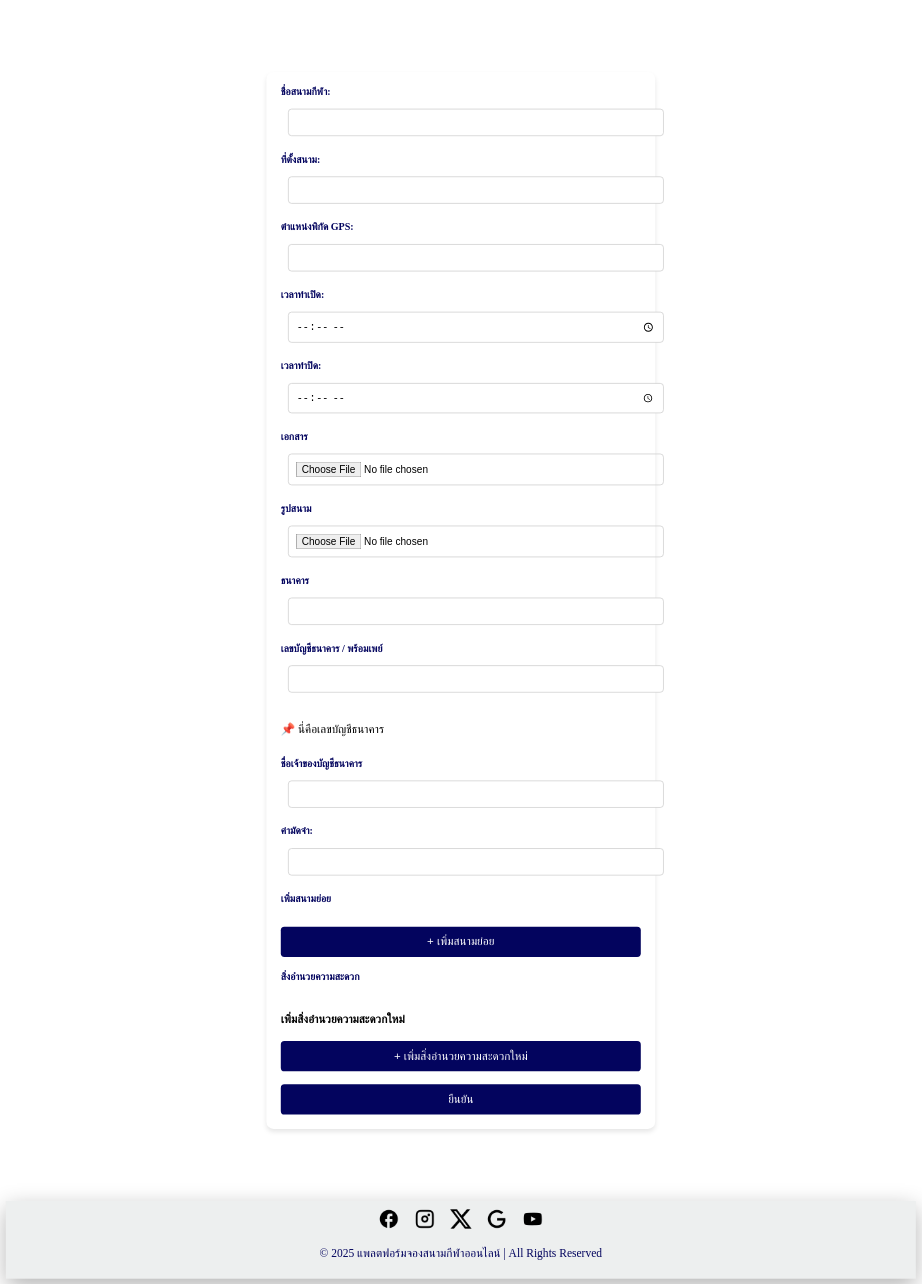
Repository: narawit101/project2
Page: /register-field (app in frontend/)
An editor plug-in stored every save of this project. The page is shown before and after the next save, followed by the edit.
The browser window is 1280 px wide. The pictures show the whole page, at 72% of full size.
The page's requests for data from a server got no answer. The project was rebuilt for these pictures with package versions that can differ from the ones it lists, and the page was loaded fresh each time. The framework's server and built-in components were replaced by stand-ins that run in the browser. No one was signed in, and anything a server would have sent is missing. Also part of the build but not shown: frontend/next.config.js, frontend/next.config.mjs, frontend/src/app/globals.css.

Above is the page before, as saved 2025-03-18 23:42:01.

### frontend/src/app/layout.jsx
import { Kanit } from "next/font/google";
import "./globals.css";
import  Footer from "./components/Footer"

const kanitFont = Kanit({
  variable: "--font-kanit",
  subsets: ["latin", "thai"],
  weight: ["300", "400", "600"],
});

export const metadata = {
  title: "แพลตฟอร์มจองสนามกีฬาออนไลน์",
  description: "Generated by create next app",
  icons: {
    icon:"./favicon.ico"
  }
};

export default function RootLayout({ children }) {
  return (
    <html lang="en">
      <body className={`${kanitFont.variable} antialiased`}>{children}
      <Footer></Footer>
      </body>

    </html>
  );
}

### frontend/src/app/(shared)/register-field/page.jsx
import React from "react";
import RegisterFieldForm from "@/app/components/RegisterFieldForm";

export default function RegisterFieldPage() {
  return (
    <>
    <RegisterFieldForm></RegisterFieldForm>

    </>
  );
}

### frontend/src/app/components/Footer.jsx
import React from "react";
import "../css/footer.css";

export default function Footer() {
  return (
    <div>
      <footer className="footer">
        <div className="social-icons">
          <a href="#">
            <img src="img/fblogo.png" alt="Facebook" />
          </a>
          <a href="#">
            <img src="img/iglogo.png" alt="Instagram" />
          </a>
          <a href="#">
            <img src="img/xlogo.png" alt="Twitter" />
          </a>
          <a href="#">
            <img src="img/gglogo.png" alt="Google" />
          </a>
          <a href="#">
            <img src="img/ytlogo.png" alt="YouTube" />
          </a>
        </div>

        <p className="copyright">
          &copy; 2025 แพลตฟอร์มจองสนามกีฬาออนไลน์ | All Rights Reserved
        </p>
      </footer>
    </div>
  );
}

### frontend/src/app/components/RegisterFieldForm.jsx
"use client";
import React, { useState, useEffect } from "react";
import "../css/registerFieldForm.css";

export default function RegisterFieldForm() {
  const API_URL = "http://localhost:5000";

  const [sports, setSports] = useState([]);
  const [facilities, setFacilities] = useState([]);
  const [selectedFacilities, setSelectedFacilities] = useState({});
  const [subFields, setSubFields] = useState([]);
  const [addOns, setAddons] = useState([]);
  const [newFacility, setNewFacility] = useState("");
  const [showNewFacilityInput, setShowNewFacilityInput] = useState(false);

  const [fieldData, setFieldData] = useState({
    field_name: "",
    address: "",
    gps_location: "",
    documents: null,
    open_hours: "",
    close_hours: "",
    img_field: null,
    preview_img: null,
    number_bank: "",
    account_holder: "",
    price_deposit: "",
    name_bank: "",
    selectedSport: "",
  });

  // 📌 โหลดประเภทกีฬา
  useEffect(() => {
    fetch(`${API_URL}/sports_types`)
      .then((res) => res.json())
      .then((data) => setSports(data))
      .catch((error) => console.error("Error fetching sports:", error));
  }, []);

  // 📌 โหลดสิ่งอำนวยความสะดวก
  useEffect(() => {
    fetch(`${API_URL}/facilities`)
      .then((res) => res.json())
      .then((data) => setFacilities(data))
      .catch((error) => console.error("Error fetching facilities:", error));
  }, []);

  // 📌 อัปเดตค่าช่องกรอกข้อมูลสนาม
  const handleFieldChange = (e) => {
    setFieldData({ ...fieldData, [e.target.name]: e.target.value });
  };

  // 📌 ฟังก์ชันเลือก Checkbox สิ่งอำนวยความสะดวก
  const handleFacilityChange = (facId) => {
    setSelectedFacilities((prev) => {
      const updatedFacilities = { ...prev };
      if (updatedFacilities[facId] !== undefined) {
        delete updatedFacilities[facId];
      } else {
        updatedFacilities[facId] = "";
      }
      return updatedFacilities;
    });
  };

  // 📌 ฟังก์ชันอัปเดตราคาสิ่งอำนวยความสะดวก
  const handleFacilityPriceChange = (facId, price) => {
    setSelectedFacilities((prev) => ({
      ...prev,
      [facId]: price,
    }));
  };

  // 📌 ฟังก์ชันเพิ่มสิ่งอำนวยความสะดวกใหม่
  const addNewFacility = async () => {
    if (!newFacility.trim()) return;

    const res = await fetch(`${API_URL}/facilities/add`, {
      method: "POST",
      headers: { "Content-Type": "application/json" },
      body: JSON.stringify({ fac_name: newFacility }),
    });

    const data = await res.json();
    if (data.error) {
      console.error("Error:", data.error);
      return;
    }

    setFacilities([...facilities, data]);
    setNewFacility("");
    setShowNewFacilityInput(false);
  };

  // ✅ เพิ่มสนามย่อย (มี addOns ในตัวเอง)
  const addSubField = () => {
    // ✅ ดึง user_id จาก localStorage
    const storedUser = localStorage.getItem("user");
    const userData = storedUser ? JSON.parse(storedUser) : null;
    const userId = userData ? userData.user_id : null; // ดึง user_id

    setSubFields([
      ...subFields,
      { name: "", price: "", sport_id: "", user_id: userId, addOns: [] },
    ]);
  };

  // ✅ ลบสนามย่อย (รวมถึง Add-ons ที่อยู่ภายใน)
  const removeSubField = (index) => {
    setSubFields(subFields.filter((_, i) => i !== index));
  };

  // ✅ อัปเดตข้อมูลสนามย่อย
  const updateSubField = (index, key, value) => {
    const updatedSubFields = [...subFields];
    updatedSubFields[index][key] = value;
    setSubFields(updatedSubFields);
  };

  const addAddOn = (subIndex) => {
    const updatedSubFields = [...subFields];
    updatedSubFields[subIndex].addOns.push({ content: "", price: "" });
    setSubFields(updatedSubFields);
  };

  // 📌 อัปเดตค่า Add-on
  const updateAddOn = (subIndex, addOnIndex, key, value) => {
    const updatedSubFields = [...subFields];
    updatedSubFields[subIndex].addOns[addOnIndex][key] = value;
    setSubFields(updatedSubFields);
  };

  // 📌 ลบ Add-on
  const removeAddOn = (subIndex, addOnIndex) => {
    const updatedSubFields = [...subFields];
    updatedSubFields[subIndex].addOns.splice(addOnIndex, 1);
    setSubFields(updatedSubFields);
  };

  // 📌 ฟังก์ชันจัดการอัปโหลดรูป และแสดงตัวอย่าง
  const handleimgChange = (e) => {
    const file = e.target.files[0]; // ดึงไฟล์รูปจาก input
    if (file) {
      setFieldData({
        ...fieldData,
        img_field: file,
        imgPreview: URL.createObjectURL(file), // สร้าง URL เพื่อแสดงรูป
      });
    }
  };

  const handleSubmit = async (e) => {
    e.preventDefault();

    const storedUser = localStorage.getItem("user");
    if (!storedUser) {
      alert("❌ กรุณาเข้าสู่ระบบก่อน!");
      return;
    }

    const userData = JSON.parse(storedUser);
    const userId = userData.user_id; // ✅ ดึง user_id ตอน Submit

    const formData = new FormData();
    formData.append("documents", fieldData.documents);
    formData.append("img_field", fieldData.img_field); // ✅ เพิ่มการส่งรูปภาพ
    formData.append(
      "data",
      JSON.stringify({
        user_id: userId,
        field_name: fieldData.field_name,
        address: fieldData.address,
        gps_location: fieldData.gps_location,
        open_hours: fieldData.open_hours,
        close_hours: fieldData.close_hours,
        number_bank: fieldData.number_bank,
        account_holder: fieldData.account_holder,
        price_deposit: fieldData.price_deposit,
        name_bank: fieldData.name_bank,
        status: fieldData.status || "รอตรวจสอบ", // ✅ เพิ่มค่า Status
        selectedFacilities,
        subFields: subFields,
      })
    );

    try {
      const res = await fetch("http://localhost:5000/field/register", {
        method: "POST",
        body: formData,
      });

      const data = await res.json();
      if (data.error) {
        console.error("❌ Error:", data.error);
        alert("เกิดข้อผิดพลาด: " + data.error);
        return;
      }

      alert("บันทึกข้อมูลสนามเรียบร้อย! รูปภาพถูกอัปโหลดที่: " + data.img_path);
    } catch (error) {
      console.error("❌ Fetch Error:", error);
      alert("เกิดข้อผิดพลาดในการส่งข้อมูล");
    }
  };

  return (
    <div className="contianer">
      <form onSubmit={handleSubmit} encType="multipart/form-data">
        <div className="input-group">
          {" "}
          <label>ชื่อสนามกีฬา:</label>
          <input
            type="text"
            name="field_name"
            value={fieldData.field_name}
            onChange={handleFieldChange}
          />
        </div>
        <div className="input-group">
          <label>ที่ตั้งสนาม:</label>
          <input
            type="text"
            name="address"
            value={fieldData.address}
            onChange={handleFieldChange}
          />
        </div>
        <div className="input-group">
          <label>ตำแหน่งพิกัด GPS:</label>
          <input
            type="text"
            name="gps_location"
            value={fieldData.gps_location}
            onChange={handleFieldChange}
          />
        </div>
        <div className="input-group">
          <label>เวลาทำเปิด:</label>
          <input
            type="time"
            name="open_hours"
            value={fieldData.open_hours}
            onChange={handleFieldChange}
          />
        </div>
        <div className="input-group">
          <label>เวลาทำปิด:</label>
          <input
            type="time"
            name="close_hours"
            value={fieldData.close_hours}
            onChange={handleFieldChange}
          />
        </div>
        <div className="input-group">
          <label htmlFor="documents">เอกสาร</label>
          <input
            type="file"
            onChange={(e) =>
              setFieldData({ ...fieldData, documents: e.target.files[0] })
            }
          />
        </div>
        <div className="input-group">
          <label htmlFor="img_field">รูปสนาม</label>

          <input type="file" onChange={handleimgChange} accept="image/*" />
        </div>
        {/* ✅ แสดงรูปตัวอย่างถ้ามีการอัปโหลด */}
        {fieldData.imgPreview && (
          <div>
            <p>ตัวอย่างรูป:</p>
            <img
              src={fieldData.imgPreview}
              alt="Preview"
              style={{ width: "200px", height: "auto", marginTop: "10px" }}
            />
          </div>
        )}
        <div className="input-group">
          <label htmlFor="bank">ธนาคาร</label>
          <input
            type="text"
            name="name_bank"
            value={fieldData.name_bank}
            onChange={handleFieldChange}
          />
        </div>
        <div className="input-group">
          <label htmlFor="bank">เลขบัญชีธนาคาร / พร้อมเพย์</label>
          <input
            type="number"
            name="number_bank"
            value={fieldData.number_bank}
            onChange={(e) => {
              const value = e.target.value;

              // ✅ อนุญาตเฉพาะตัวเลข
              if (/^\d*$/.test(value)) {
                setFieldData({ ...fieldData, number_bank: value });
              }
            }}
            onBlur={() => {
              const isPromptPay = fieldData.name_bank === "พร้อมเพย์";
              const length = fieldData.number_bank.length;

              // ✅ ตรวจสอบความถูกต้องของเลขที่กรอก
              if (
                (!isPromptPay && length !== 12) || // ✅ ถ้าเป็นบัญชีธนาคารต้อง 12 หลัก
                (isPromptPay && length !== 10 && length !== 13) // ✅ ถ้าเป็นพร้อมเพย์ต้อง 10 หรือ 13 หลัก
              ) {
                alert("เลขที่กรอกไม่ถูกต้อง กรุณากรอกให้ตรงกับเงื่อนไข");
                setFieldData({ ...fieldData, number_bank: "" }); // ❌ เคลียร์ค่า
              }
            }}
            maxLength={13} // ✅ จำกัดสูงสุดที่ 13 หลัก
          />
        </div>
        <div className="input-group">
          <p>
            📌{" "}
            {fieldData.name_bank === "พร้อมเพย์"
              ? "นี่คือหมายเลขพร้อมเพย์"
              : "นี่คือเลขบัญชีธนาคาร"}
          </p>
        </div>
        <div className="input-group">
          <label htmlFor="bank">ชื่อเจ้าของบัญชีธนาคาร</label>
          <input
            type="text"
            name="account_holder"
            value={fieldData.account_holder}
            onChange={handleFieldChange}
          />
        </div>
        <div className="input-group">
          <label>ค่ามัดจำ:</label>
          <input
            type="number"
            name="price_deposit"
            value={fieldData.price_deposit}
            onChange={handleFieldChange}
          />
        </div>
        <div className="input-group">
          <label>เพิ่มสนามย่อย</label>
        </div>
        {subFields.map((sub, subIndex) => (
          <div
            key={subIndex}
            style={{
              border: "1px solid #ccc",
              padding: "10px",
              marginBottom: "10px",
            }}
          >
            {/* ✅ Input กรอกชื่อสนามย่อย */}
            <div className="input-group">
              <input
                type="text"
                placeholder="ชื่อสนามย่อย"
                value={sub.name}
                onChange={(e) =>
                  updateSubField(subIndex, "name", e.target.value)
                }
              />
            </div>
            {/* ✅ Input กรอกราคา */}
            <div className="input-group">
              <input
                type="number"
                placeholder="ราคา"
                value={sub.price}
                onChange={(e) =>
                  updateSubField(subIndex, "price", e.target.value)
                }
              />
            </div>

            {/* ✅ Dropdown เลือกประเภทกีฬา */}
            <div className="input-group">
              <select
                value={sub.sport_id}
                onChange={(e) =>
                  updateSubField(subIndex, "sport_id", e.target.value)
                }
              >
                <option value="">เลือกประเภทกีฬา</option>
                {sports.map((sport) => (
                  <option key={sport.sport_id} value={sport.sport_id}>
                    {sport.sport_name}
                  </option>
                ))}
              </select>
            </div>

            {/* ✅ ปุ่มเพิ่มกิจกรรมเพิ่มเติม (เฉพาะสนามนี้) */}
            <button
              className="addbtn"
              type="button"
              onClick={() => addAddOn(subIndex)}
            >
              เพิ่มกิจกรรมเพิ่มเติม
            </button>

            {/* ✅ ปุ่มลบสนามย่อย */}
            <button
              className="delbtn"
              type="button"
              onClick={() => removeSubField(subIndex)}
            >
              ลบสนามย่อย
            </button>

            {/* ✅ แสดงรายการกิจกรรมเพิ่มเติมที่อยู่ในสนามนี้ */}
            {sub.addOns.map((addon, addOnIndex) => (
              <div
                key={addOnIndex}
                style={{ marginLeft: "20px", marginTop: "5px" }}
              >
                {/* ✅ Input กรอกชื่อกิจกรรม */}
                <div className="input-group">
                  <input
                    type="text"
                    placeholder="ชื่อกิจกรรม"
                    value={addon.content}
                    onChange={(e) =>
                      updateAddOn(
                        subIndex,
                        addOnIndex,
                        "content",
                        e.target.value
                      )
                    }
                  />
                </div>
                {/* ✅ Input กรอกราคา */}
                <div className="input-group">
                  <input
                    type="number"
                    placeholder="ราคา"
                    value={addon.price}
                    onChange={(e) =>
                      updateAddOn(subIndex, addOnIndex, "price", e.target.value)
                    }
                  />
                </div>

                {/* ✅ ปุ่มลบกิจกรรมเพิ่มเติม */}
                <button
                  className="delevn"
                  type="button"
                  onClick={() => removeAddOn(subIndex, addOnIndex)}
                >
                  ลบกิจกรรมเพิ่มเติม
                </button>
              </div>
            ))}
          </div>
        ))}

        {/* ✅ ปุ่มเพิ่มสนามย่อย */}

        <button className="addsubfield" type="button" onClick={addSubField}>
          + เพิ่มสนามย่อย
        </button>
        <div className="input-group">
        <label>สิ่งอำนวยความสะดวก</label>
        </div>
        {facilities.map((fac) => (
          <div key={fac.fac_id}>
            <input
              type="checkbox"
              checked={selectedFacilities[fac.fac_id] !== undefined}
              onChange={() => handleFacilityChange(fac.fac_id)}
            />
            {fac.fac_name}
            {selectedFacilities[fac.fac_id] !== undefined && (
              <input
                type="number"
                placeholder="กำหนดราคา"
                value={selectedFacilities[fac.fac_id]}
                onChange={(e) =>
                  handleFacilityPriceChange(fac.fac_id, e.target.value)
                }
              />
            )}
          </div>
        ))}

        <h4>เพิ่มสิ่งอำนวยความสะดวกใหม่</h4>
        {!showNewFacilityInput ? (
          <button type="button" onClick={() => setShowNewFacilityInput(true)}>
            + เพิ่มสิ่งอำนวยความสะดวกใหม่
          </button>
        ) : (
          <div>
            <input
              type="text"
              placeholder="ชื่อสิ่งอำนวยความสะดวก"
              value={newFacility}
              onChange={(e) => setNewFacility(e.target.value)}
            />
            <button type="button" onClick={addNewFacility}>
              บันทึก
            </button>
            <button
              type="button"
              onClick={() => setShowNewFacilityInput(false)}
            >
              ยกเลิก
            </button>
          </div>
        )}

        <br />
        <button type="submit">ยืนยัน</button>
      </form>
    </div>
  );
}

### frontend/src/app/css/footer.css
:root {
  --text-color: #03045e;
}
.footer {
  background: #edefef;
  padding: 10px 0;
  text-align: center;
  color: var(--text-color);
  position: relative;
  box-shadow: 0px 10px 30px rgba(0, 0, 0, 0.3);
}

.social-icons {
  display: flex;
  justify-content: center;
  gap: 20px;
  margin-bottom: 20px;
}

.social-icons a img {
  width: 30px;
  height: 30px;
  transition: transform 0.3s ease-in-out;
}

.social-icons a:hover img {
  transform: scale(1.1);
  filter: brightness(1.2);
}

.copyright {
  font-size: 16px;
}

### frontend/src/app/css/registerFieldForm.css
:root {
  --text-color: #03045e;
}

.contianer {
  max-width: 500px;
  margin: 100px auto;
  padding: 20px;
  background: #ffffff;
  box-shadow: 0 4px 8px rgba(0, 0, 0, 0.1);
  border-radius: 10px;
  text-align: left;
}
form {
  display: flex;
  flex-direction: column;
}

.input-group {
    margin-bottom: 15px;
    text-align: left;
  }

label {
  font-size: 14px;
  font-weight: 600;
  color: var(--text-color);
  display: block;
  margin-bottom: 5px;
}

input {
  margin: 10px;
  width: 100%;
  padding: 10px;
  border: 1px solid #ccc;
  border-radius: 5px;
  font-size: 14px;
  transition: 0.3s;
}

input:focus {
  border-color: var(--text-color);
  box-shadow: 0 0 5px rgba(3, 4, 94, 0.5);
  outline: none;
}
.addbtn {
    margin: 0px 0px 10px 0px;
}
.delbtn {
    margin: 0px 0px 10px 10px;
}
.delevn{
    margin: 0px 0px 10px 0px;
}
.addsubfield{
    margin: 10px 0px 20px 0px;
}
button {
  background: var(--text-color);
  color: white;
  border: none;
  padding: 12px;
  font-size: 16px;
  cursor: pointer;
  border-radius: 5px;
  transition: 0.3s;
}

button:hover {
  background: #02226c;
}

### frontend/tailwind.config.mjs
/** @type {import('tailwindcss').Config} */
export default {
  content: [
    "./src/pages/**/*.{js,ts,jsx,tsx,mdx}",
    "./src/components/**/*.{js,ts,jsx,tsx,mdx}",
    "./src/app/**/*.{js,ts,jsx,tsx,mdx}",
  ],
  theme: {
    extend: {
      colors: {
        background: "var(--background)",
        foreground: "var(--foreground)",
      },
    },
  },
  plugins: [],
};

After the next save:
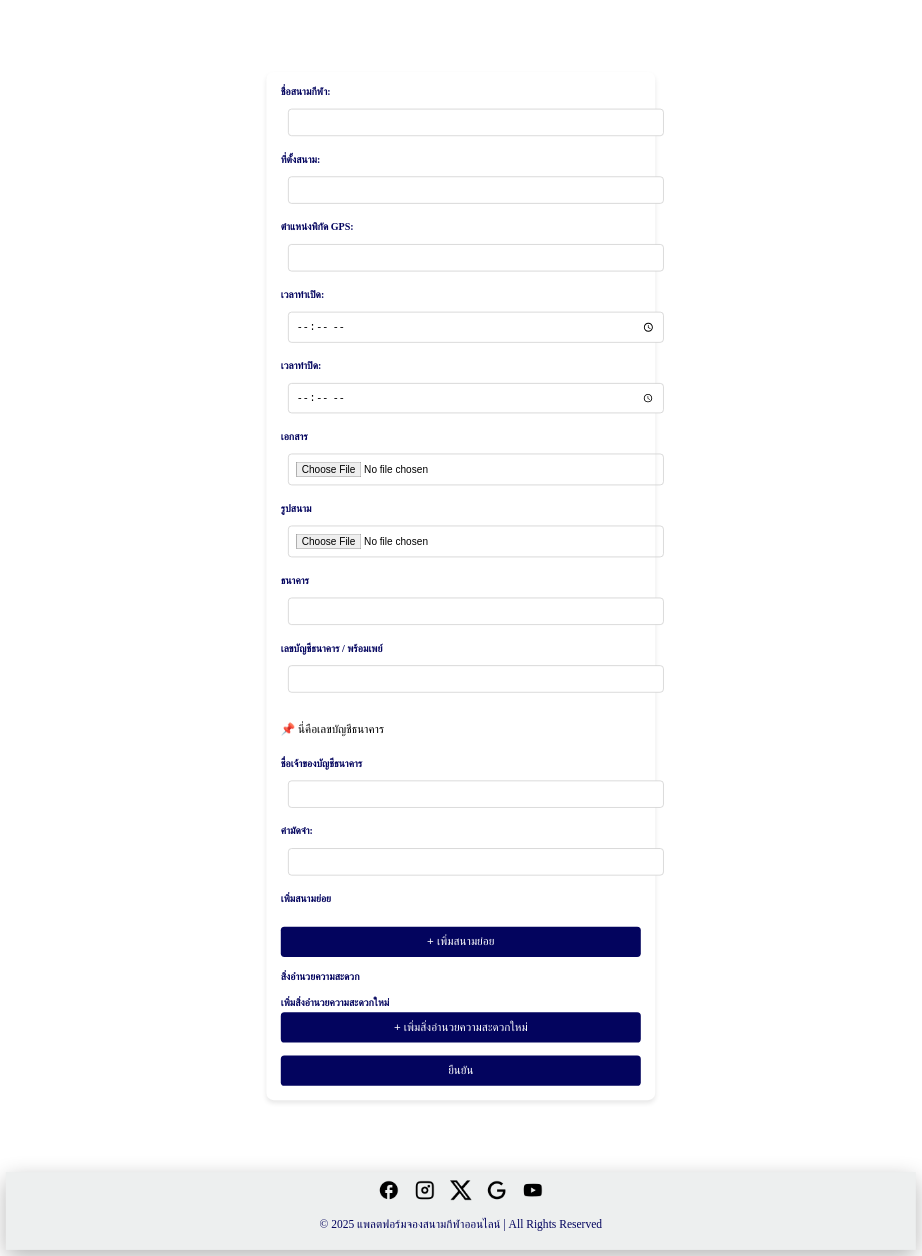
Saved 15 s later.
--- a/frontend/src/app/components/RegisterFieldForm.jsx
+++ b/frontend/src/app/components/RegisterFieldForm.jsx
@@ -488,7 +488,7 @@ export default function RegisterFieldForm() {
           </div>
         ))}
 
-        <h4>เพิ่มสิ่งอำนวยความสะดวกใหม่</h4>
+        <label>เพิ่มสิ่งอำนวยความสะดวกใหม่</label>
         {!showNewFacilityInput ? (
           <button type="button" onClick={() => setShowNewFacilityInput(true)}>
             + เพิ่มสิ่งอำนวยความสะดวกใหม่
